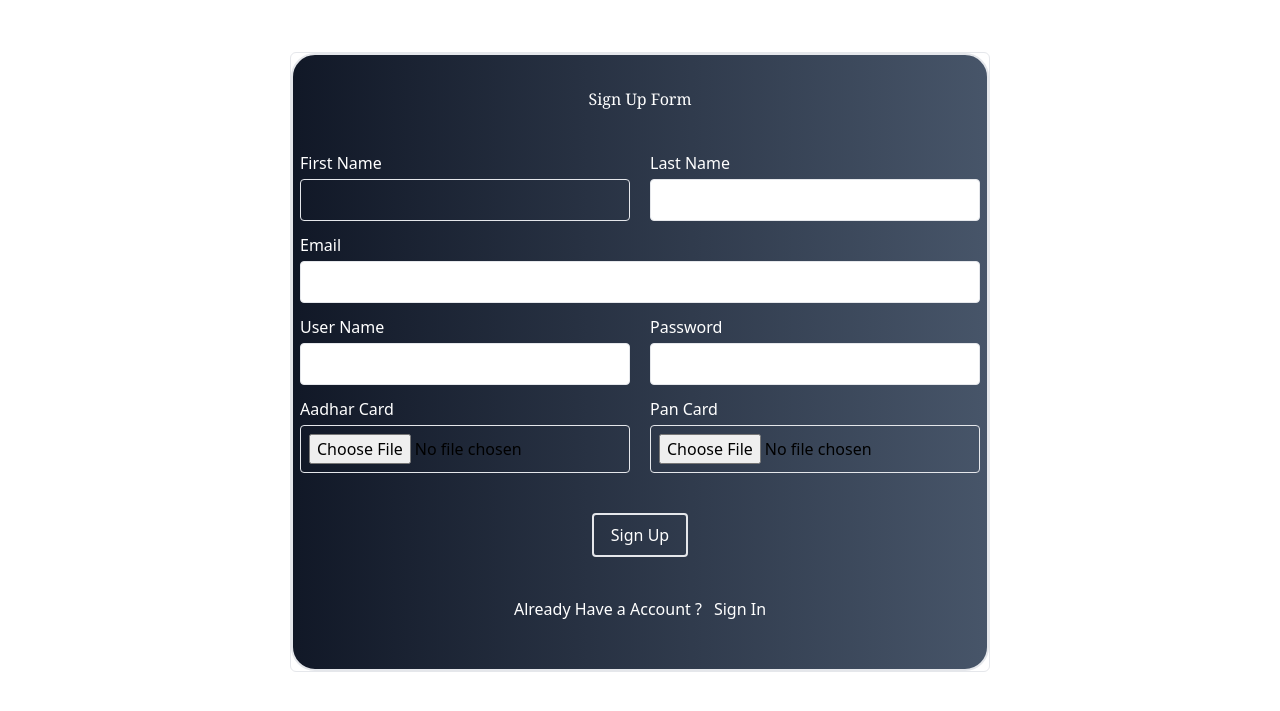
Repository: OmkarTidke8080/Assessment
Page: /sign-in (app in frontend/)
The author's editor kept a copy of each file at every save. The page is drawn from the files as they stood at one save, then again after the next save.
The browser window is 1280 px wide. The pictures show the whole page.
The project was rebuilt for these pictures with package versions that can differ from the ones it lists, and the page was loaded fresh each time. Also part of the build but not shown: frontend/vite.config.js, frontend/src/components/HomePage.jsx.

Above is the page before, as saved 2024-10-19 18:51:58.

### frontend/src/App.jsx
import { useEffect, useState } from "react";
import "./App.css";
import LandingPage from "./components/HomePage.jsx";
import SignUp from "./components/SignUp.jsx";
import { BrowserRouter, Routes, Route } from "react-router-dom";
import ScaleLoader from "react-spinners/ScaleLoader";

function App() {
  const [isLoading, setIsLoading] = useState(true);

  useEffect(() => {
    const timer = setTimeout(() => {
      setIsLoading(false);
    }, 2000);

    return () => clearTimeout(timer);
  });
  return (
    <>
      {isLoading ? (
        <div
          style={{
            display: "flex",
            justifyContent: "center",
            alignItems: "center",
            height: "100vh",
            backgroundColor: "#fff",
          }}
        >
          {" "}
          <ScaleLoader />
        </div>
      ) : (
        <BrowserRouter>
          <Routes>
            <Route path={"/"} element={<LandingPage />} />
            <Route path={"/sign-up"} element={<SignUp />} />
            <Route path={"/sign-in"} element={<SignUp />} />
          </Routes>
        </BrowserRouter>
      )}
    </>
  );
}

export default App;

### frontend/src/components/SignUp.jsx
import React from "react";

function SignUp() {
  return (
    <>
      <div className="flex justify-center items-center mt-5">
        <div className="flex border  rounded-md h-[620px] w-[700px]">
          <div className="form border-2 rounded-3xl text-white w-full bg-gradient-to-r from-gray-900 to-slate-600 ">
            <div className="form-heading font-medium font-serif mt-8">
              <h1>Sign Up Form</h1>
            </div>
            <form>
              <div className="flex justify-center mt-10 ">
                <div>
                  <div className="flex w-full gap-x-5 ">
                    <div className="w-1/2">
                      <label htmlFor="username" className=" flex mb-1">
                        First Name
                      </label>
                      <input
                        type="text"
                        id="FistName"
                        className=" text-white bg-inherit  w-full flex border rounded p-2"
                        required
                      />
                    </div>
                    <div className="w-1/2">
                      <label htmlFor="password" className="flex mb-1">
                        Last Name
                      </label>
                      <input
                        type="text"
                        id="LastName"
                        className="text-black w-full flex border rounded p-2"
                        required
                      />
                    </div>
                  </div>

                  <div className="mt-3">
                    <label htmlFor="email" className=" flex mb-1">
                      Email
                    </label>
                    <input
                      type="text"
                      id="email"
                      className="text-black w-full flex border rounded p-2"
                      required
                    />
                  </div>
                  <div className="flex gap-x-5">
                  <div className="mt-3 w-1/2 ">
                    <label htmlFor="username" className=" flex mb-1">
                      User Name
                    </label>
                    <input
                      type="text"
                      id="FistName"
                      className="text-black w-full flex border rounded p-2"
                      required
                    />
                  </div>
                  <div className="mt-3 w-1/2">
                    <label htmlFor="username" className=" flex mb-1">
                      Password
                    </label>
                    <input
                      type="text"
                      id="FistName"
                      className="text-black w-full flex border rounded p-2"
                      required
                    />
                  </div>
                  </div>

                  <div className="flex  gap-x-5 mt-3">
                    <div>
                      <label htmlFor="username" className=" flex mb-1">
                        Aadhar Card
                      </label>
                      <input
                        type="file"
                        id="FistName"
                        className=" text-black flex border rounded p-2"
                        required
                      />
                    </div>
                    <div>
                      <label htmlFor="password" className="flex mb-1">
                        Pan Card
                      </label>
                      <input
                        type="file"
                        id="LastName"
                        className="text-black flex border rounded p-2"
                        required
                      />
                    </div>
                  </div>

                  <div className="sign-up-button m-10">
                    <button className="border-2 rounded p-2 w-24 ">
                      Sign Up
                    </button>
                  </div>
                  <div className="AlreadyAccount flex justify-center gap-x-3">
                    <h2>Already Have a Account ?</h2>
                    <button>Sign In</button>
                  </div>
                </div>
              </div>
            </form>
          </div>
        </div>
      </div>
    </>
  );
}

export default SignUp;

Loaded but not shown: frontend/index.html (common file); frontend/src/main.jsx (common file); frontend/src/index.css (common file); frontend/src/App.css (common file); frontend/tailwind.config.js (common file)

After the next save:
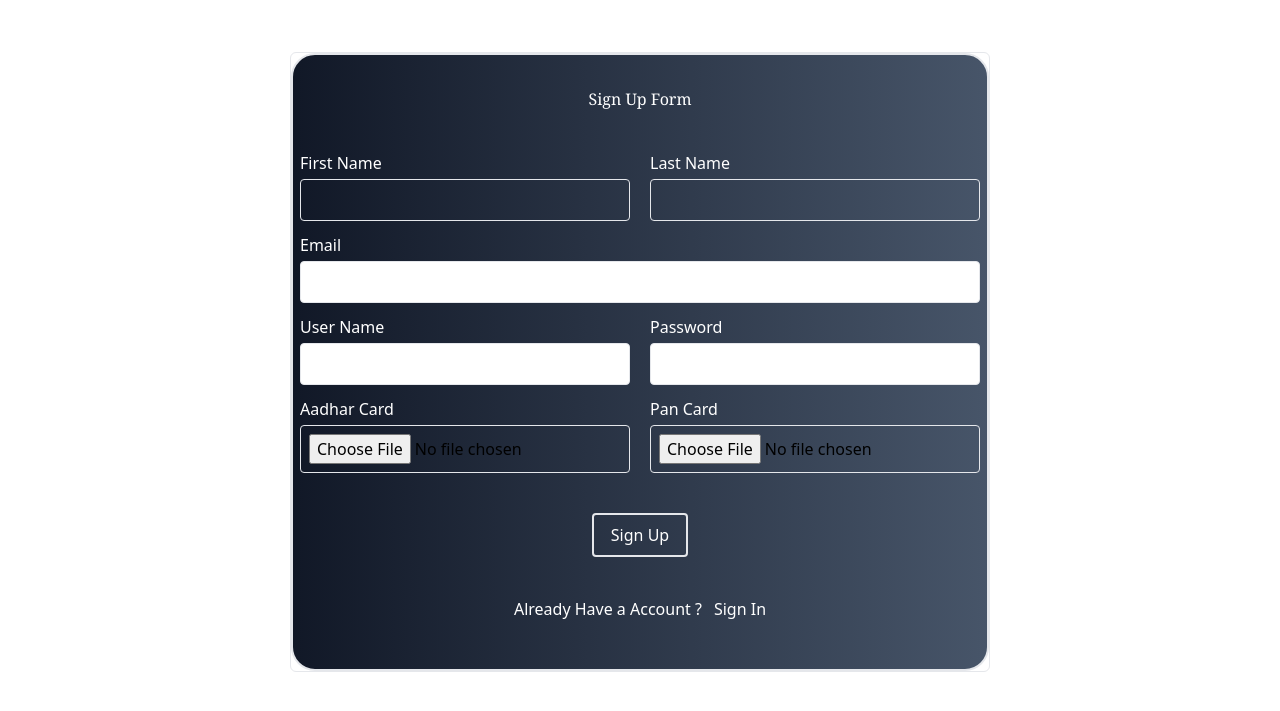
Saved 12 s later.
--- a/frontend/src/components/SignUp.jsx
+++ b/frontend/src/components/SignUp.jsx
@@ -31,7 +31,7 @@ function SignUp() {
                       <input
                         type="text"
                         id="LastName"
-                        className="text-black w-full flex border rounded p-2"
+                        className="text-black bg-inherit w-full flex border rounded p-2"
                         required
                       />
                     </div>
@@ -49,28 +49,28 @@ function SignUp() {
                     />
                   </div>
                   <div className="flex gap-x-5">
-                  <div className="mt-3 w-1/2 ">
-                    <label htmlFor="username" className=" flex mb-1">
-                      User Name
-                    </label>
-                    <input
-                      type="text"
-                      id="FistName"
-                      className="text-black w-full flex border rounded p-2"
-                      required
-                    />
-                  </div>
-                  <div className="mt-3 w-1/2">
-                    <label htmlFor="username" className=" flex mb-1">
-                      Password
-                    </label>
-                    <input
-                      type="text"
-                      id="FistName"
-                      className="text-black w-full flex border rounded p-2"
-                      required
-                    />
-                  </div>
+                    <div className="mt-3 w-1/2 ">
+                      <label htmlFor="username" className=" flex mb-1">
+                        User Name
+                      </label>
+                      <input
+                        type="text"
+                        id="FistName"
+                        className="text-black w-full flex border rounded p-2"
+                        required
+                      />
+                    </div>
+                    <div className="mt-3 w-1/2">
+                      <label htmlFor="username" className=" flex mb-1">
+                        Password
+                      </label>
+                      <input
+                        type="text"
+                        id="FistName"
+                        className="text-black w-full flex border rounded p-2"
+                        required
+                      />
+                    </div>
                   </div>
 
                   <div className="flex  gap-x-5 mt-3">
